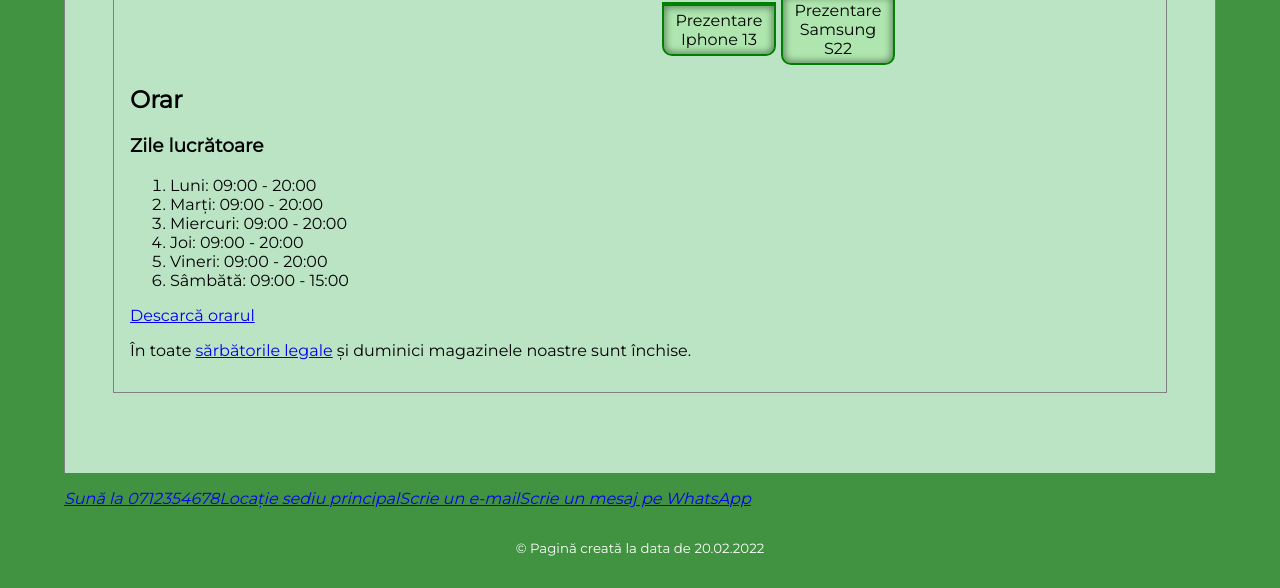
Repository: alexbanilean/Proiect-TW---ElectroHub
Page: index.html
These files come from the project's save history. The page is drawn as it stood at one moment and after a run of saves; the edit follows.
The browser window is 1280 px wide. The pictures show the part of the page from y = 3956 to 4639 px (the page is 4544 px tall before and 4639 px after).

Above is the page before, as saved 2022-03-06 19:25:46.

After the next 5 saves:
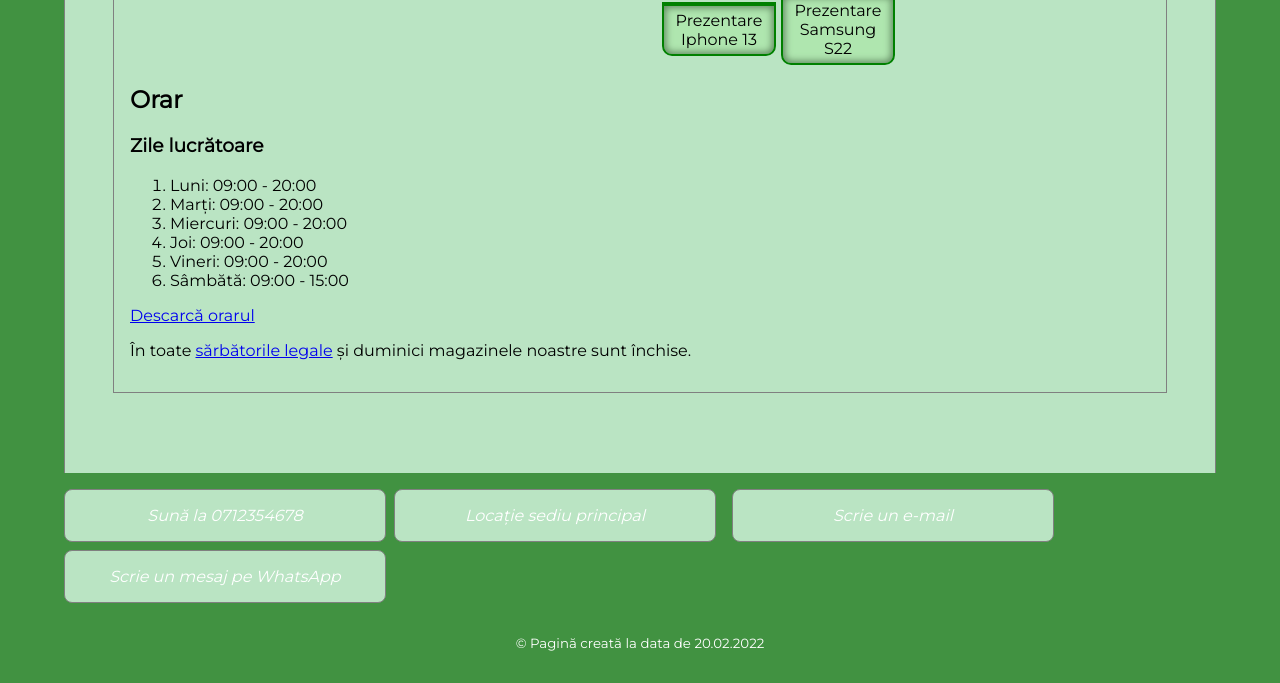
The 5 saves are shown as one change because they came seconds apart.
The last was saved 13 s later.
--- a/resurse/css/general.css
+++ b/resurse/css/general.css
@@ -116,14 +116,15 @@ footer{
 footer>address{
     display: flex;
     flex-direction: row;
+    flex-wrap: wrap;
     margin-top: 1rem;
     background-color: none;
-
-}gap: 0.5rem;
+    gap: 0.5rem;
+}
 
 footer>address a{
     display: flex;
-    flex-wrap: wrap;
+
     text-decoration: none;
     background-color: rgb(186, 228, 195);
     color: white;
@@ -137,7 +138,6 @@ footer>address a{
     width: 25%;
     margin: 0;
     padding: 1rem;
-
 }
 
 footer>.copyright-info{
